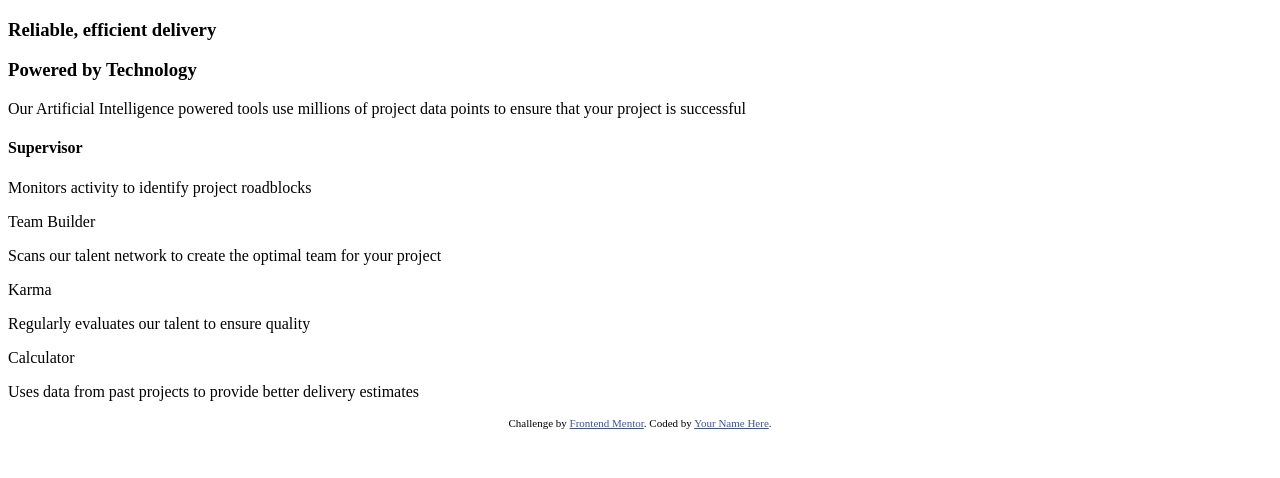
Repository: AngelaMwelu/four-card-page
Page: index.html
These files come from the project's save history. The page is drawn as it stood at one moment and after the next save; the edit follows.
The browser window is 1280 px wide. The pictures show the whole page.

Above is the page before, as saved 2025-05-14 10:06:40.

After the next save:
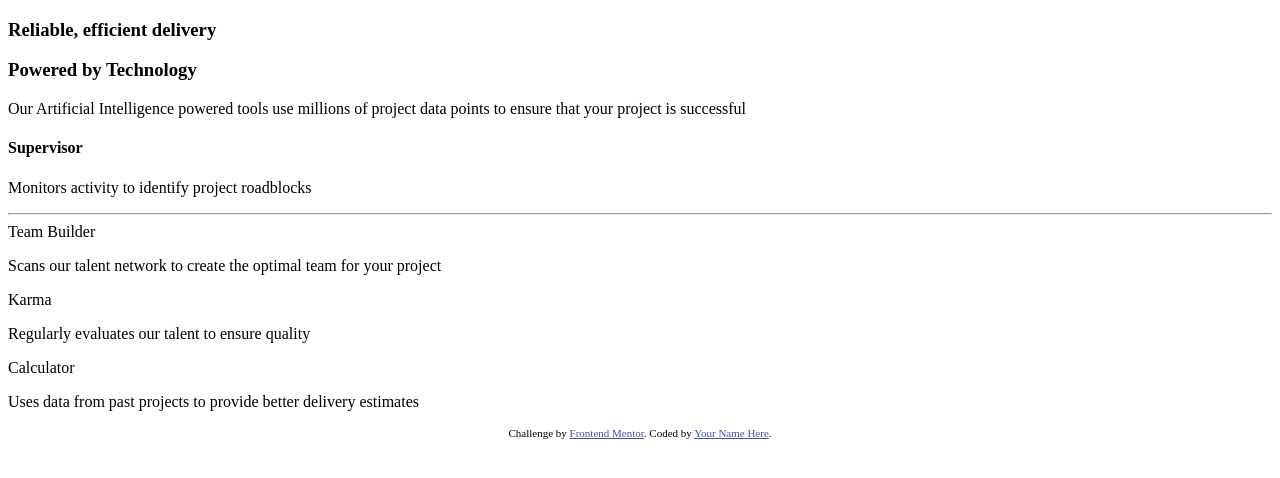
Saved 4 s later.
--- a/index.html
+++ b/index.html
@@ -28,7 +28,7 @@
       <h4>Supervisor</h4>
       <p>Monitors activity to identify project roadblocks</p>
     </div>
-
+    <hr
 
     <div class="Team Builder">
       </h4>Team Builder</h4>
